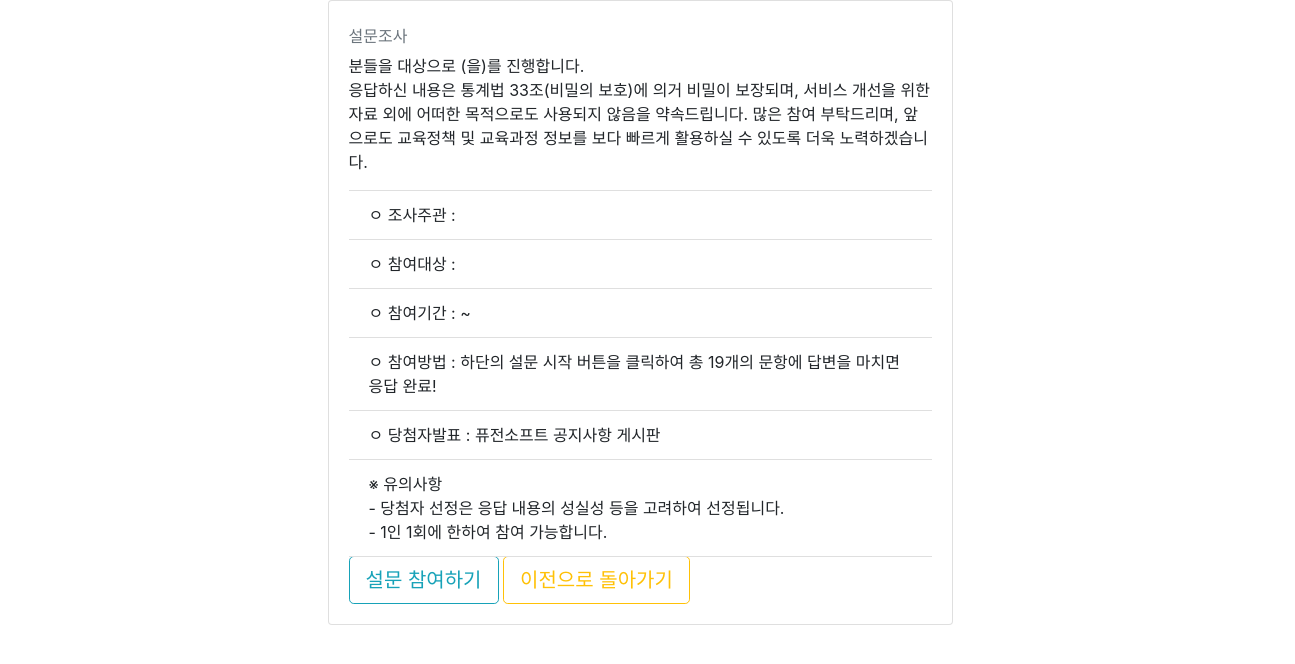
Repository: Pastelkun99/fs_1
Page: http://localhost/Fusion_1/WEB-INF/views/analysisList.jsp
An editor plug-in stored every save of this project. The page is shown before and after the next save, followed by the edit.
The browser window is 1280 px wide. The page is 1295 px wide, so the pictures cover 1295 px, including what lies to the right of the window. The pictures show the whole page.
The page is served by Tomcat 9. Nobody is signed in. Other server files are loaded and not shown. The template is opened directly, without the code that normally fills it, so the values that code supplies are empty.

Above is the page before, as saved 2019-11-21 04:53:52.
Console error: TypeError: Cannot read properties of undefined (reading 'fn')

### Fusion_1/src/main/webapp/WEB-INF/views/analysisList.jsp
<%@ page language="java" contentType="text/html; charset=UTF-8"
	pageEncoding="UTF-8"%>
<%@ taglib uri="http://java.sun.com/jsp/jstl/core" prefix="c"%>
<%@ taglib uri="http://www.springframework.org/tags/form" prefix="form"%>
<%@ page session="true"%>
<meta charset="UTF-8">
<link rel="stylesheet"
	href="https://stackpath.bootstrapcdn.com/bootstrap/4.3.1/css/bootstrap.min.css"
	integrity="sha384-ggOyR0iXCbMQv3Xipma34MD+dH/1fQ784/j6cY/iJTQUOhcWr7x9JvoRxT2MZw1T"
	crossorigin="anonymous">
<script
	src="https://stackpath.bootstrapcdn.com/bootstrap/4.3.1/js/bootstrap.min.js"
	integrity="sha384-JjSmVgyd0p3pXB1rRibZUAYoIIy6OrQ6VrjIEaFf/nJGzIxFDsf4x0xIM+B07jRM"
	crossorigin="anonymous"></script>
<html>
<head>
<link rel="shortcut icon" href="data:[embedded picture, 19 characters]" type="image/x-icon">
<title>설문조사</title>
</head>
<body>
<div class="row">
	<div class="col-3"></div>
	<div class="col-6">
		<div class="card" style="width:100%;">
	  		<div class="card-body">
	  		  <h5 class="card-title"></h5>
	   		  <h6 class="card-subtitle mb-2 text-muted">설문조사</h6>
	    	  <p class="card-text">${infoList.a_submitter }분들을 대상으로 ${infoList.a_name }(을)를 진행합니다.</br>
	    	  응답하신 내용은 통계법 33조(비밀의 보호)에 의거 비밀이 보장되며, 서비스 개선을 위한 자료 외에 어떠한 목적으로도 사용되지 않음을 약속드립니다. 많은 참여 부탁드리며,
	    	  앞으로도 교육정책 및 교육과정 정보를 보다 빠르게 활용하실 수 있도록 더욱 노력하겠습니다.</p>
	    	  <ul class="list-group list-group-flush">
	    	  	<li class="list-group-item">ㅇ 조사주관 : ${infoList.a_collector }</li>
	    	  	<li class="list-group-item">ㅇ 참여대상 : ${infoList.a_submitter }</li>
	    	  	<li class="list-group-item">ㅇ 참여기간 : ${infoList.a_fromdate } ~ ${infoList.a_todate }</li>
	    	  	<li class="list-group-item">ㅇ 참여방법 : 하단의 설문 시작 버튼을 클릭하여 총 19개의 문항에 답변을 마치면 응답 완료!</li>
	    	  	<li class="list-group-item">ㅇ 당첨자발표 : ${infoList.a_deploydate } 퓨전소프트 공지사항 게시판</li>
	    	  	<li class="list-group-item">※ 유의사항</br>
	    	  								- 당첨자 선정은 응답 내용의 성실성 등을 고려하여 선정됩니다.</br>
	    	  								- 1인 1회에 한하여 참여 가능합니다.</li>
	    	  </ul>
	    	  <button class="btn btn-lg btn-outline-info" onClick="location.href='${pageContext.request.contextPath}/analysisList.do'">설문 참여하기</button>
	    	  <button class="btn btn-lg btn-outline-warning" onClick="history.back()">이전으로 돌아가기</button>
		  	</div>
  		</div>
	</div>
  	<div class="col-3"></div>
</div>

</body>
</html>

After the next save:
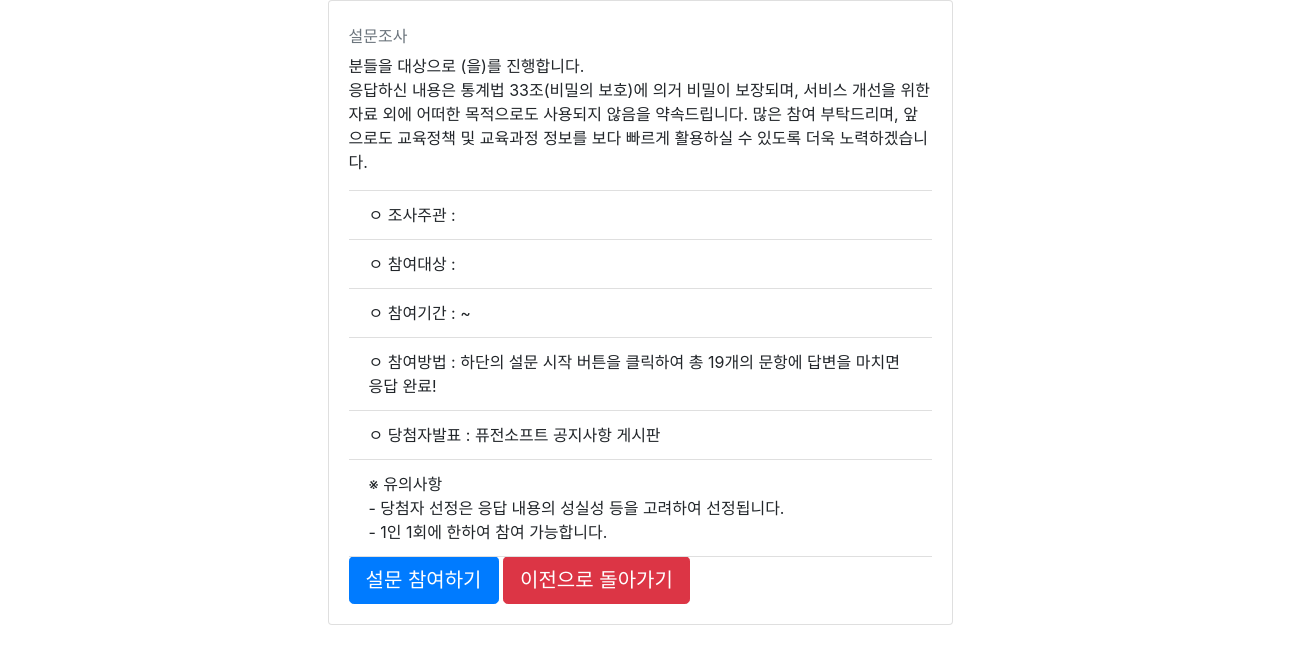
Saved 15 s later.
--- a/Fusion_1/src/main/webapp/WEB-INF/views/analysisList.jsp
+++ b/Fusion_1/src/main/webapp/WEB-INF/views/analysisList.jsp
@@ -38,8 +38,8 @@
 	    	  								- 당첨자 선정은 응답 내용의 성실성 등을 고려하여 선정됩니다.</br>
 	    	  								- 1인 1회에 한하여 참여 가능합니다.</li>
 	    	  </ul>
-	    	  <button class="btn btn-lg btn-outline-info" onClick="location.href='${pageContext.request.contextPath}/analysisList.do'">설문 참여하기</button>
-	    	  <button class="btn btn-lg btn-outline-warning" onClick="history.back()">이전으로 돌아가기</button>
+	    	  <button class="btn btn-lg btn-primary" onClick="location.href='${pageContext.request.contextPath}/analysisList.do'">설문 참여하기</button>
+	    	  <button class="btn btn-lg btn-danger" onClick="history.back()">이전으로 돌아가기</button>
 		  	</div>
   		</div>
 	</div>
